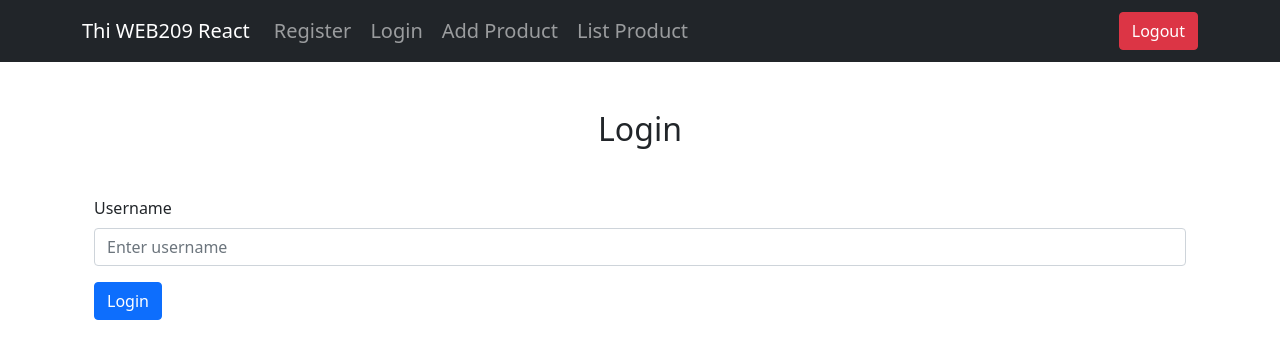
Repository: Lemon-ooo/PersonalTaskManager
Page: /login
These files come from the project's save history. The page is drawn as it stood at one moment and after the next save; the edit follows.
The browser window is 1280 px wide. The pictures show the whole page.
The project was rebuilt for these pictures with package versions that can differ from the ones it lists, and the page was loaded fresh each time. Also part of the build but not shown: vite.config.ts, src/page/TaskList.tsx, src/page/TaskAdd.tsx, src/page/TaskEdit.tsx.

Above is the page before, as saved 2025-07-26 19:03:20.

### index.html
<!DOCTYPE html>
<html lang="en">
  <head>
    <meta charset="UTF-8" />
    <link rel="icon" type="image/svg+xml" href="/vite.svg" />
    <meta name="viewport" content="width=device-width, initial-scale=1.0" />
    <title>WEB209 REACT - HOADV</title>
    <link
      href="https://cdn.jsdelivr.net/npm/bootstrap@5.0.2/dist/css/bootstrap.min.css"
      rel="stylesheet"
      integrity="sha384-EVSTQN3/azprG1Anm3QDgpJLIm9Nao0Yz1ztcQTwFspd3yD65VohhpuuCOmLASjC"
      crossorigin="anonymous"
    />
  </head>
  <body>
    <div id="root"></div>
    <script type="module" src="/src/main.tsx"></script>
  </body>
</html>

### src/App.tsx
import { Toaster } from "react-hot-toast";
import { Link, useRoutes } from "react-router-dom";
import TaskList from "./page/TaskList";
import Login from "./page/Login";
import TaskAdd from "./page/TaskAdd";
import TaskEdit from "./page/TaskEdit";

function App() {
  const routes = useRoutes([
    { path: "/", element: <TaskList /> },
    { path: "login", element: <Login /> },
    { path: "task/list", element: <TaskList /> },
    { path: "task/add", element: <TaskAdd /> },
    { path: "task/edit/:id", element: <TaskEdit /> },
  ]);
  return (
    <>
      <nav className="navbar navbar-dark bg-dark navbar-expand-lg">
        <div className="container">
          <span className="navbar-brand">Thi WEB209 React</span>
          <div className="collapse navbar-collapse" id="navbarNav">
            <ul
              className="navbar-nav me-auto mb-2 mb-lg-0"
              style={{ gap: 3, fontSize: 20 }}
            >
              <li className="nav-item">
                <Link className="nav-link" to="/register">
                  Register
                </Link>
              </li>
              <li className="nav-item">
                <Link className="nav-link" to="/login">
                  Login
                </Link>
              </li>
              <li className="nav-item">
                <Link className="nav-link" to="/task/add">
                  Add Product
                </Link>
              </li>
              <li className="nav-item">
                <Link className="nav-link" to="/task/list">
                  List Product
                </Link>
              </li>
            </ul>
          </div>
          <button className="btn btn-danger">Logout</button>
        </div>
      </nav>
      <div className="container">{routes}</div>
      <Toaster />
    </>
  );
}

export default App;

### src/page/Login.tsx
import React from "react";
import AuthForm from "../components/AuthForm";
import { useAuth } from "../hooks/useAuth";
import { User } from "../services/auth";

export default function LoginPage() {
  const { handleLogin } = useAuth();

  const onSubmit = (data: User) => {
    handleLogin(data);
  };

  return (
    <div className="mt-5">
      <h2 className="text-center">Login</h2>
      <AuthForm onSubmit={onSubmit} />
    </div>
  );
}

### src/components/AuthForm.tsx
import React from "react";
import { useForm } from "react-hook-form";
import { User } from "../services/auth";

type Props = {
  onSubmit: (data: User) => void;
};

export default function AuthForm({ onSubmit }: Props) {
  const { register, handleSubmit } = useForm<User>();

  return (
    <form onSubmit={handleSubmit(onSubmit)} className="container mt-5">
      <div className="mb-3">
        <label htmlFor="username" className="form-label">
          Username
        </label>
        <input
          type="text"
          id="username"
          className="form-control"
          placeholder="Enter username"
          {...register("username", { required: true })}
        />
      </div>

      <button type="submit" className="btn btn-primary">
        Login
      </button>
    </form>
  );
}

### src/hooks/useAuth.ts
import { User } from "../services/auth";
import toast from "react-hot-toast";
import { useNavigate } from "react-router-dom";

export function useAuth() {
  const nav = useNavigate();

  function handleLogin(user: User) {
    // Lưu vào localStorage
    localStorage.setItem("user", JSON.stringify(user));
    toast.success("Login successful");
    nav("/dashboard"); // chuyển sang dashboard
  }

  function handleLogout() {
    localStorage.removeItem("user");
    toast.success("Logged out");
    nav("/login");
  }

  function getCurrentUser(): User | null {
    const stored = localStorage.getItem("user");
    return stored ? JSON.parse(stored) : null;
  }

  return {
    handleLogin,
    handleLogout,
    getCurrentUser,
  };
}

Loaded but not shown: src/main.tsx (common file); src/index.css (no stored copy; drawn as an empty file)

After the next save:
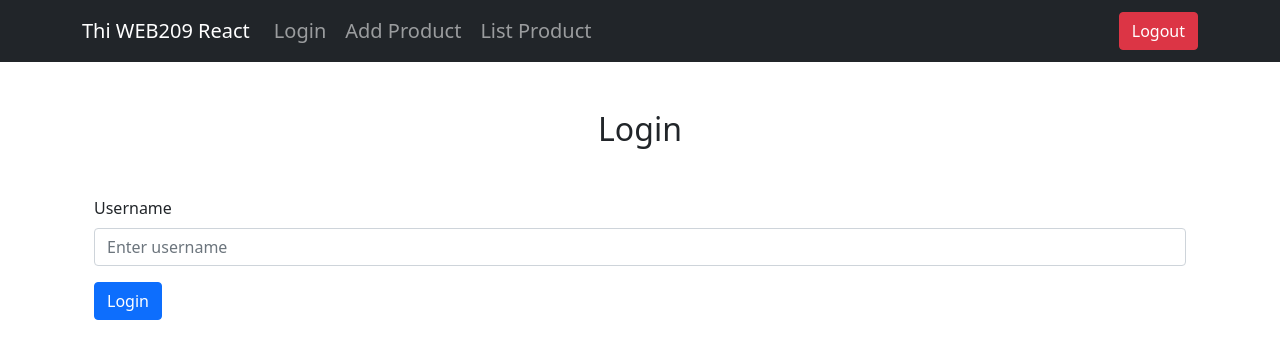
Saved 18 s later.
--- a/src/App.tsx
+++ b/src/App.tsx
@@ -23,11 +23,6 @@ function App() {
               className="navbar-nav me-auto mb-2 mb-lg-0"
               style={{ gap: 3, fontSize: 20 }}
             >
-              <li className="nav-item">
-                <Link className="nav-link" to="/register">
-                  Register
-                </Link>
-              </li>
               <li className="nav-item">
                 <Link className="nav-link" to="/login">
                   Login
